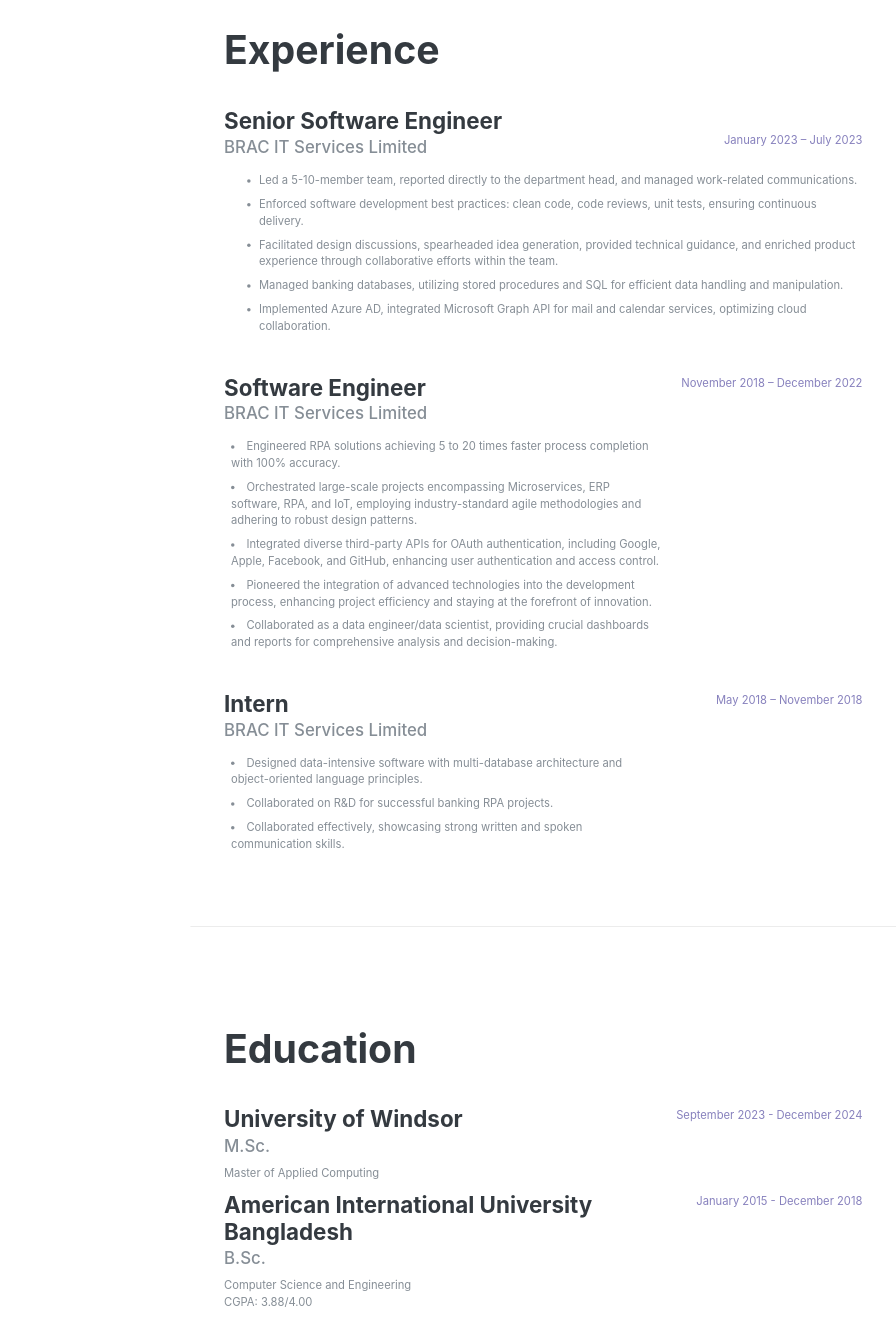
Repository: xahin96/xahin96.github.io
Page: index.html
An editor plug-in stored every save of this project. The page is shown before and after the next save, followed by the edit.
The browser window is 1280 px wide. The pictures show the part of the page from y = 730 to 2650 px (the page is 5511 px tall before and 5463 px after), at 70% of full size.
Some web fonts or font styles are not loaded; a fallback is used.

Above is the page before, as saved 2024-04-27 12:32:07.

After the next save:
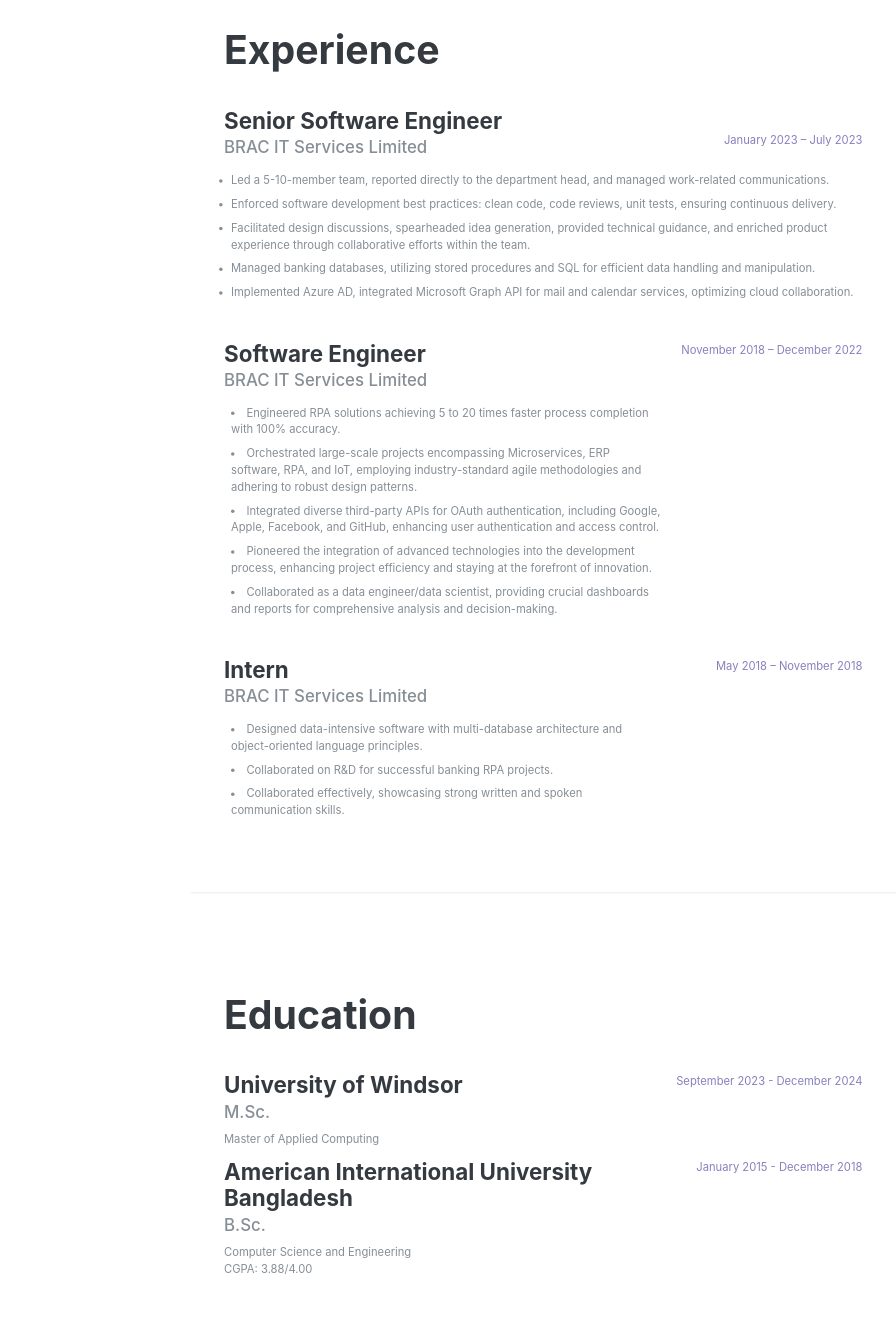
Saved 4 s later.
--- a/css/resume.css
+++ b/css/resume.css
@@ -48,7 +48,7 @@ p.lead {
 
 ul{
   margin: 0;
-  /* padding: 0; */
+  padding: 0;
 }
 
 li{
